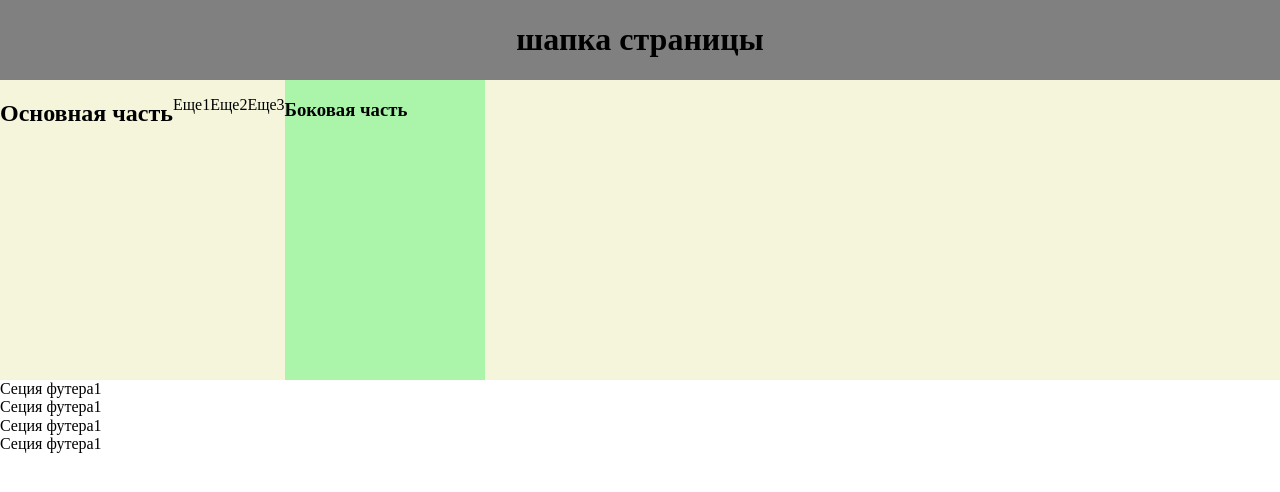
Repository: IrinaGetmanenko/week5
Page: week5/index.html
These files come from the project's save history. The page is drawn as it stood at one moment and after the next save; the edit follows.
The browser window is 1280 px wide. The pictures show the whole page.

Above is the page before, as saved 2022-08-28 12:10:52.

After the next save:
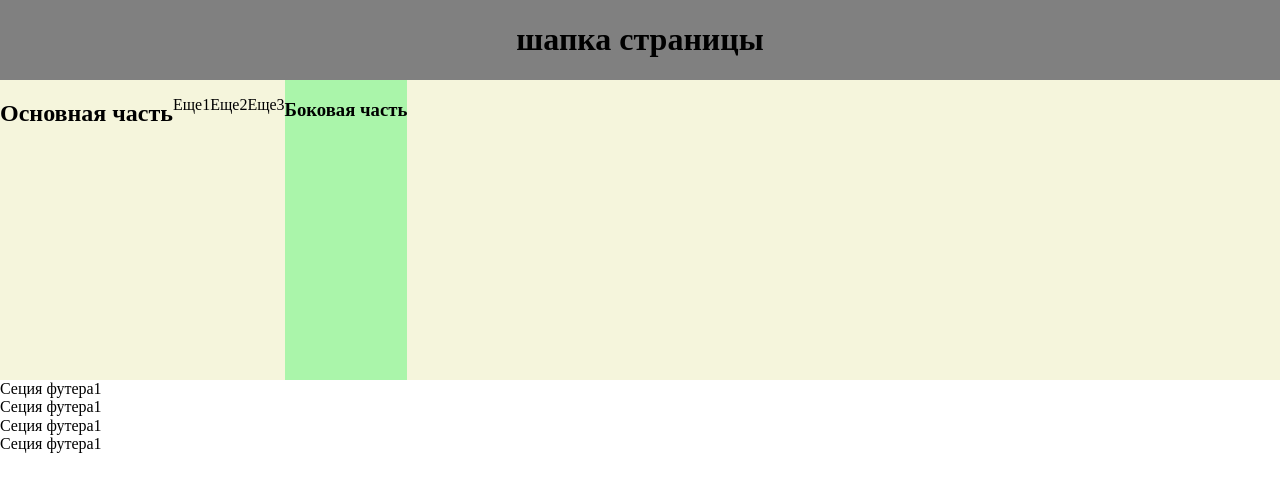
Saved 11 s later.
--- a/week5/index.html
+++ b/week5/index.html
@@ -34,9 +34,9 @@
 }
 
 .aside{
-        flex-basis: 200px;
+
     height: 300px;
-        background-color: rgb(170, 245, 170);
+    background-color: rgb(170, 245, 170);
 
 
 
